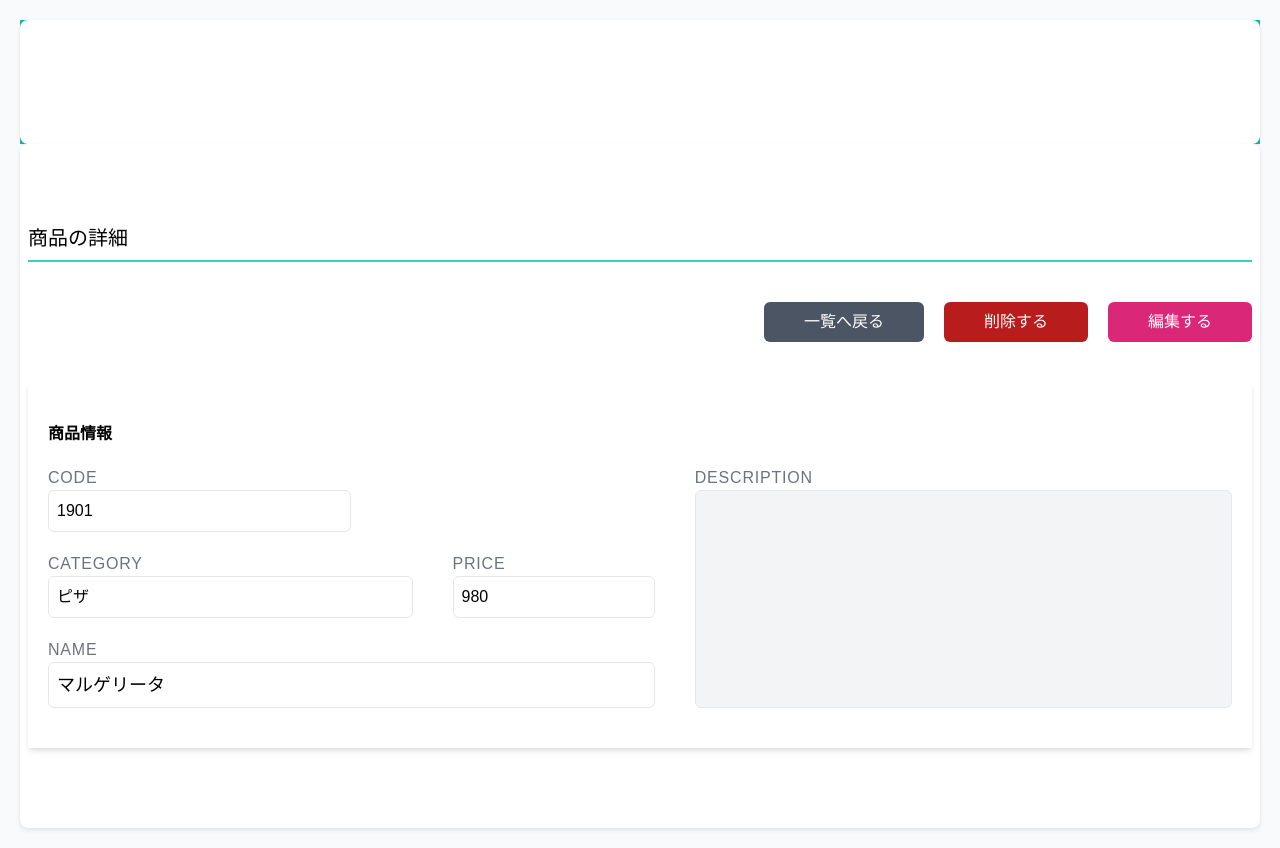
Repository: ShunKUN1182/STD_PHP
Page: http://localhost/kadai07_1.php?product_code=1901
These files come from the project's save history. The page is drawn as it stood at one moment and after a run of saves; the edit follows.
The browser window is 1280 px wide. The pictures show the whole page.
Some web libraries are served in a nearby version. The page is run by PHP 8.4 with error messages shown; the project is at /var/www/html/. The database holds what the project's SQL file puts in it.

Above is the page before, as saved 2026-07-10 14:06:14.

After the next 2 saves:
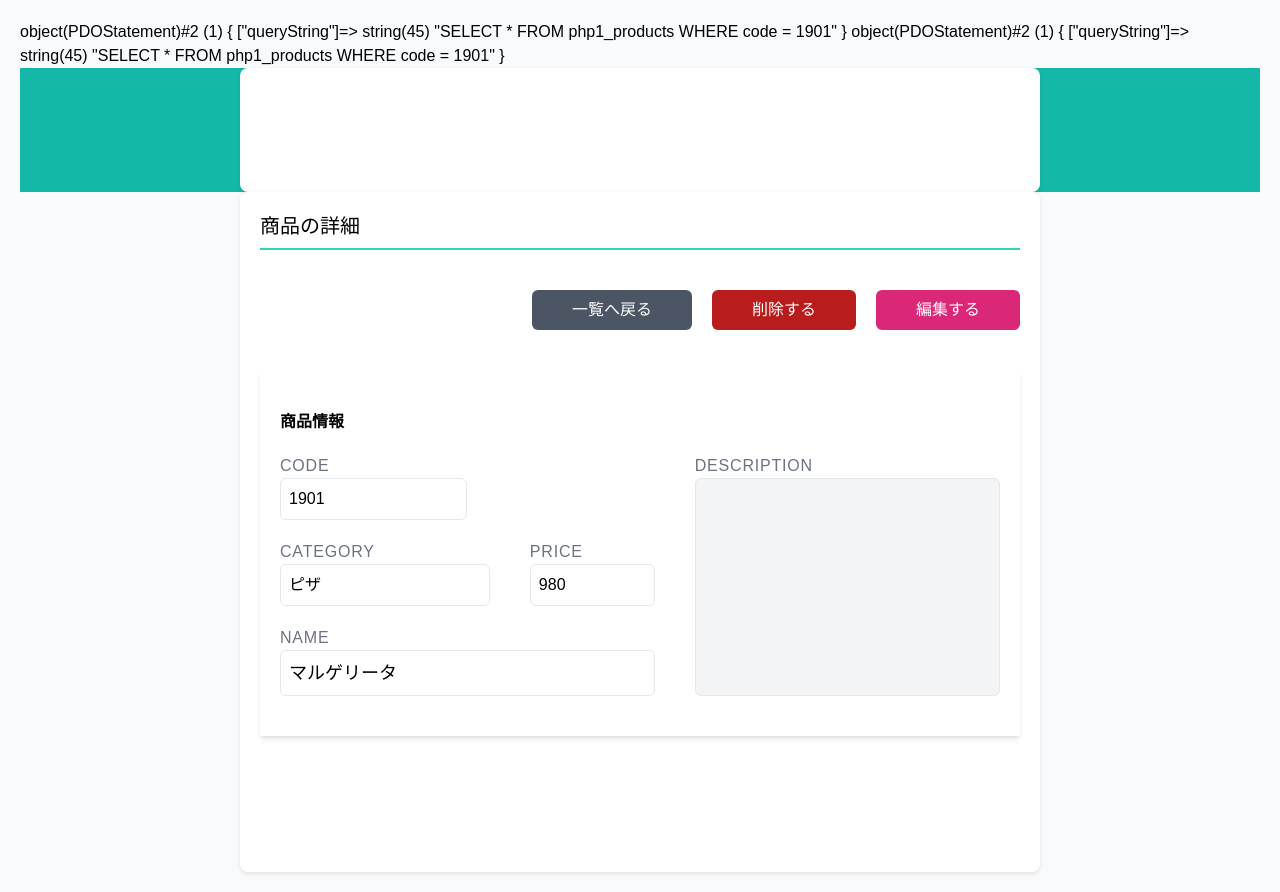
The 2 saves are shown as one change because they came seconds apart.
The last was saved 31 s later.
--- a/kadai07_1.php
+++ b/kadai07_1.php
@@ -8,7 +8,9 @@ $db = new PDO(DB_DSN,DB_USER,DB_PASS);
 $products_table = TB_PRODUCTS;
 $sql = "SELECT * FROM $products_table WHERE code = $productCode";
 $stmt = $db-> prepare($sql);
+var_dump($stmt);
 $stmt->execute();
+var_dump($stmt);
 $productResult = $stmt->fetch(PDO::FETCH_ASSOC);
 
 $categoryCode = $productResult["category_id"];
